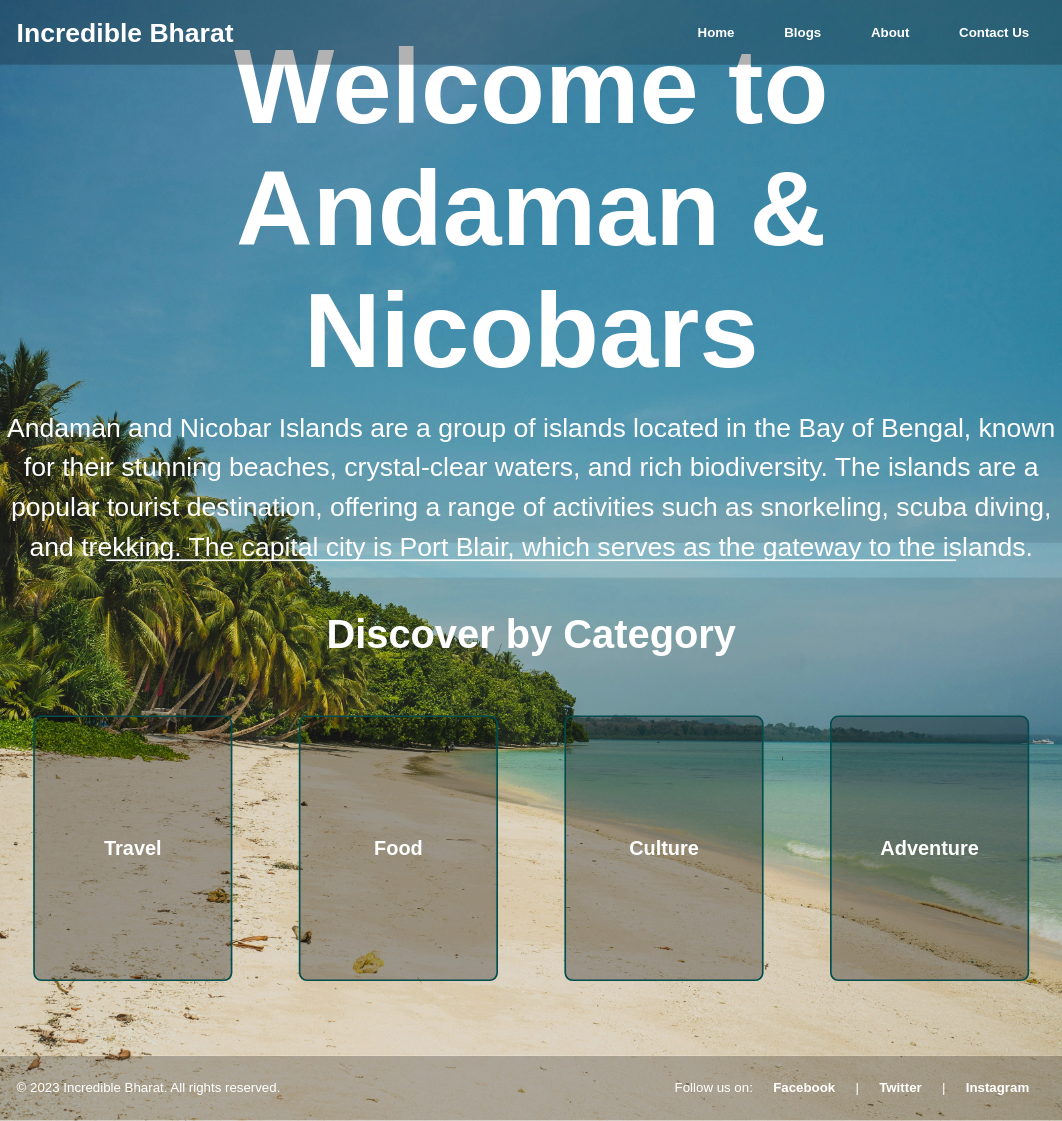
Repository: jaidhiman111/incrediblebharat
Page: destinations/Andaman&Nicobar.html
An editor plug-in stored every save of this project. The page is shown before and after the next save, followed by the edit.
The browser window is 1280 px wide. The pictures show the whole page, at 83% of full size.

Above is the page before, as saved 2025-05-01 20:18:45.

### destinations/Andaman&Nicobar.html
<!DOCTYPE html>
<html lang="en">

<head>
    <meta charset="UTF-8">
    <link rel="stylesheet" href="/assets/style.css">
    <meta name="viewport" content="width=device-width, initial-scale=1.0">
    <title>Document</title>
</head>

<body class="andaman-nicobar">
    <!-- This is the header of the page. -->
    <header class="header">
        <div class="logo">
            <h1>Incredible Bharat</h1>
        </div>
        <div class="nav">
            <nav>
                <ul>
                    <li>
                        <a href="/index.html">Home</a>
                        <a href="#">Blogs</a>
                        <a href="#">About</a>
                        <a href="#">Contact Us</a>
                    </li>
                </ul>
            </nav>
        </div>
    </header>
    <!-- This is the main content of the page. -->
    <main class="main-container">
        <section class="hero-section">
            <h2>Welcome to Andaman & Nicobars</h2>
            <p>Andaman and Nicobar Islands are a group of islands located in the Bay of Bengal, known for their stunning
                beaches, crystal-clear waters, and rich biodiversity. The islands are a popular tourist destination,
                offering a range of activities such as snorkeling, scuba diving, and trekking. The capital city is Port
                Blair, which serves as the gateway to the islands.</p>
        </section>
        <hr>
        <section class="state-section">
            <h2>Discover by Category</h2>
            <div class="card-section">
                <div class="card" id="travel">Travel</div>
                <div class="card" id="food">Food</div>
                <div class="card" id="culture">Culture</div>
                <div class="card" id="adventure">Adventure</div>
            </div>
        </section>
    </main>
    <!-- This is the footer of the page. -->
    <footer class="footer">
        <div>
            <p>&copy; 2023 Incredible Bharat. All rights reserved.</p>
        </div>
        <div>
            <p>Follow us on:
                <a href="#">Facebook</a> |
                <a href="#">Twitter</a> |
                <a href="#">Instagram</a>
        </div>
    </footer>
</body>

</html>

### assets/style.css
* {
    box-sizing: border-box;
    margin: 0;
    padding: 0;
}

.home {
    font-family: Arial, sans-serif;
    background-image: url('/media/bg-cover.jpg');
    background-size: cover;
    background-repeat: no-repeat;
    background-position: center;
    color: #fff;
}

.andaman-nicobar {
    font-family: Arial, sans-serif;
    background-image: url('/media/andaman.jpg');
    background-size: cover;
    background-repeat: no-repeat;
    background-position: center;
    color: #fff;
}


/* This is for header */
.header {
    background-color: rgba(0, 0, 0, 0.3);
    display: flex;
    justify-content: space-between;
    align-items: center;
    padding: 20px;
    position: sticky;
    top: 0;
    text-align: center;
}

li {
    list-style: none;
    display: flex;
    gap: 20px;
}

li a {
    padding: 10px 20px;
    border-radius: 5px;
    text-decoration: none;
    color: #fff;
    font-weight: bold;
}

li a:hover {
    color: #fff;
    transform: scale(1.1);}

/* This is for section */
section{
    background-color: rgba(0, 0, 0, 0.1);
}

.hero-section {
    display: flex;
    flex-direction: column;    /* stack items vertically */
    justify-content: center;   /* center vertically */
    align-items: center;       /* center horizontally */
    height: 80vh;
    text-align: center;
}

.hero-section h2 {
    font-size: 8rem;
    margin-bottom: 20px;
}

.hero-section p{
    font-size: 2rem;
    margin-bottom: 20px;
    max-width: 100rem;         /* limit the width of the paragraph */
    line-height: 1.5;        /* improve readability */
}

.hero-section a {
    text-decoration: none;
    color: #fff;
    font-size: 1.5rem;
    margin-bottom: 20px;
}

.hero-section a:hover {
    color: #fff;
    text-decoration: underline;
    transform: scale(1.1);
    transition: transform 0.3s ease-in-out;
}

hr {
    width: 80%;
    margin: 20px auto;
    border: 1px solid #fff;
}

.state-section {
    display: flex;
    flex-direction: column;    /* stack items vertically */
    justify-content: center;
    align-items: center;
    height: 80vh;
    text-align: center;
}

.state-section h2 {
    font-size: 3rem;
    margin-bottom: 20px;
}

.state-button {
    padding: 30px;
    max-width: 100rem;
    margin: 0 auto;
  }

  .state-button button {
    background-color: rgba(0, 0, 0, 0.4);  /* Soft blue */
    backdrop-filter: blur(5px); /* Optional: adds a blur effect to the background */
    border: none;
    border-radius: 8px;
    margin: 10px ;
    padding: 12px 20px;
    cursor: pointer;
    transition: background-color 0.3s ease;
    font-size: 16px;
    font-weight: 500;
  }

  .state-button button a {
    color: #ffffff;
    text-decoration: none;
    display: block;
    width: 100%;
    height: 100%;
  }

  .state-button button:hover {
    background-color: rgba(0, 0, 0, 0.7); /* Darker blue on hover */
    transform: scale(1.1); /* Slightly enlarge the button on hover */
    transition: transform 0.3s ease-in-out;
  }

  .card-section {
    display: flex;
    flex-wrap: wrap; /* Makes it responsive */
    justify-content: center;
    gap: 5rem;
    /* background-color: rgba(0, 0, 0, 0.4); */
    padding: 30px 20px;
    margin: 20px auto;
    max-width: 100%;
    border-radius: 10px;
}

.card {
    background-color: rgba(0, 0, 0, 0.3);
    color: #fff;
    border: 2px solid #014d4e;
    border-radius: 10px;
    width: 15rem;
    height: 20rem;
    display: flex;
    align-items: center;
    justify-content: center;
    font-size: 1.5rem;
    font-weight: bold;
    cursor: pointer;
    transition: transform 0.3s ease, background-color 0.3s ease;
}

.card:hover {
    background-color: rgba(0, 0, 0, 0.3);
    color: #ffffff;
    transform: scale(1.05);
}


  /* This is for footer */

.footer {
    background-color: rgba(0, 0, 0, 0.3);
    display: flex;
    justify-content: space-between;
    align-items: center;
    padding: 20px;
    position: relative;
    bottom: 0;
    text-align: center;
}

.footer li {
    list-style: none;
    display: flex;
    gap: 20px;
}

.footer a {
    display: inline-block;
    padding: 10px 20px;
    border-radius: 5px;
    text-decoration: none;
    color: #fff;
    font-weight: bold;
}
.footer a:hover {
    color: #fff;
    transform: scale(1.1);

}

/* This is for media queries */
/* --- Andaman & Nicobar Page Enhancements --- */

After the next save:
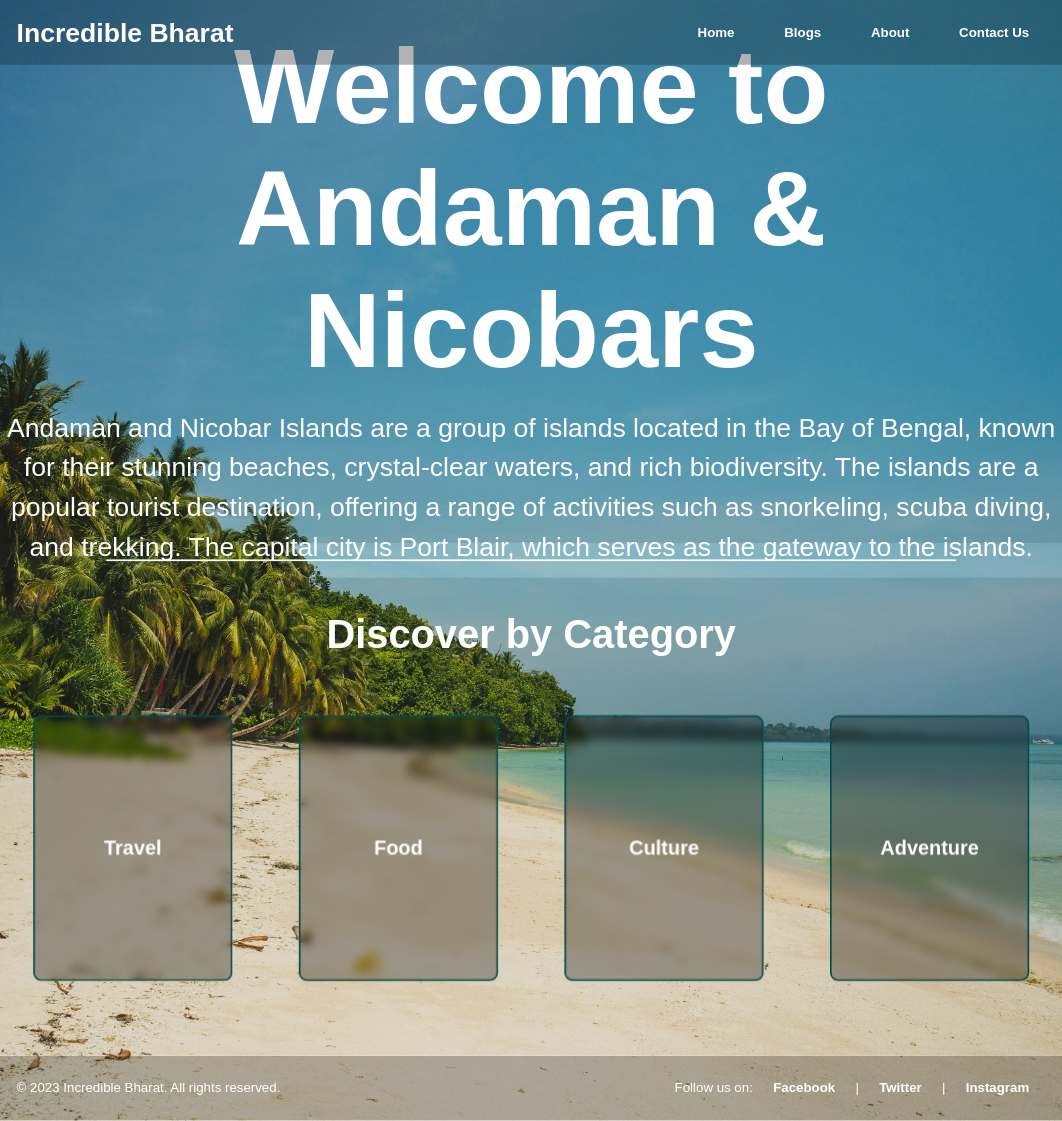
Saved 15 s later.
--- a/assets/style.css
+++ b/assets/style.css
@@ -160,6 +160,7 @@ hr {
 
 .card {
     background-color: rgba(0, 0, 0, 0.3);
+    backdrop-filter: blur(5px); /* Optional: adds a blur effect to the background */
     color: #fff;
     border: 2px solid #014d4e;
     border-radius: 10px;
